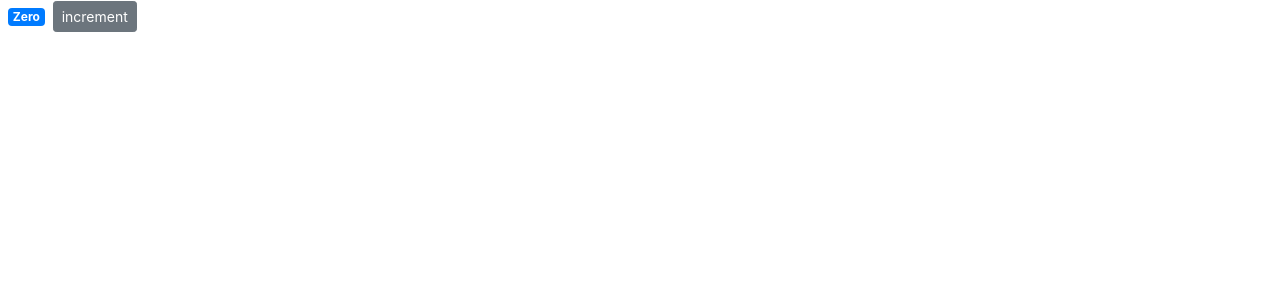
Repository: AvinashLikesToLearnNewStuff/Counter_app
Page: /
These files come from the project's save history. The page is drawn as it stood at one moment and after the next save; the edit follows.
The browser window is 1280 px wide. The pictures show the whole page.
The project was rebuilt for these pictures with package versions that can differ from the ones it lists, and the page was loaded fresh each time. Also part of the build but not shown: src/components/navbar.jsx, src/App.css, src/App.js. Imported but missing from the stored project, and not drawn on this page: src/components/counters.

Above is the page before, as saved 2023-02-27 16:39:18.

After the next save:
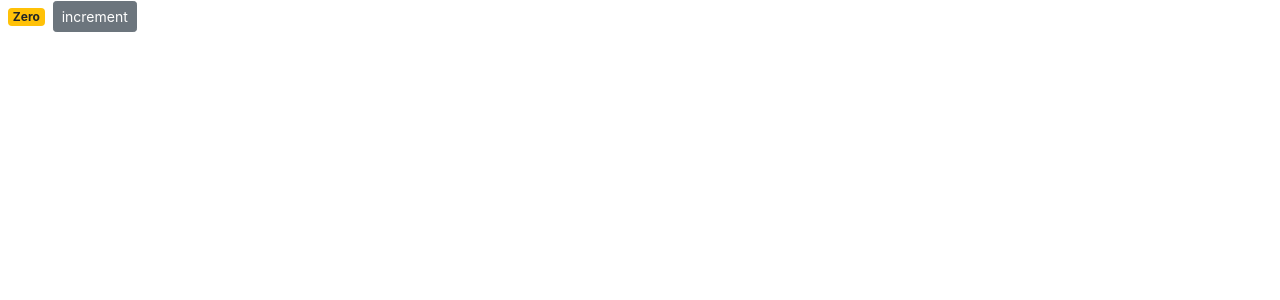
Saved 55 s later.
--- a/src/components/counter.jsx
+++ b/src/components/counter.jsx
@@ -8,13 +8,13 @@ class Counter extends Component {
 
   render() {
     //the primary classes we want to have in all cases.
-    let classes = "badge m-2";
+    let classes = "badge m-2 badge-";
     //when we have count as 0 we want to add warning class
-    classes += this.state.count === 0 ? "badge-warning" : "badge-primary";
+    classes += this.state.count === 0 ? "warning" : "primary";
 
     return (
       <div>
-        <span className="badge badge-primary m-2">{this.formatCount()}</span>
+        <span className={classes}>{this.formatCount()}</span>
         <button className="btn btn-secondary btn-sm">increment</button>
       </div>
     );
